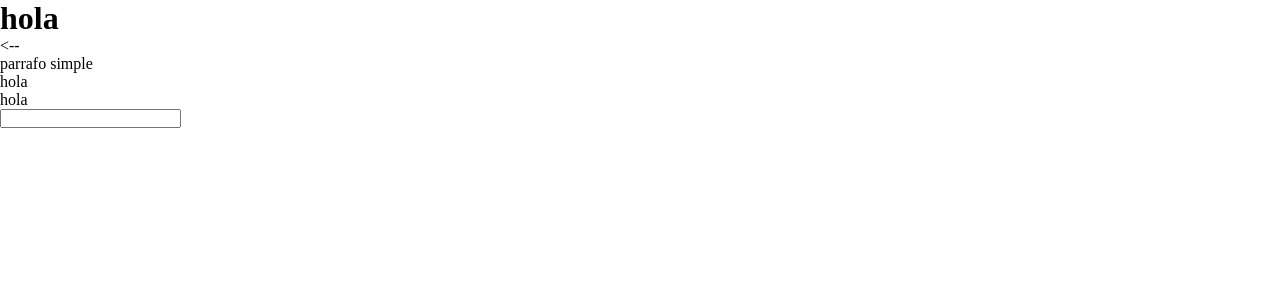
Repository: santig20/nuevo-curso-practico-de-js-platzi
Page: index.html
These files come from the project's save history. The page is drawn as it stood at one moment and after the next save; the edit follows.
The browser window is 1280 px wide. The pictures show the whole page.

Above is the page before, as saved 2022-07-25 09:44:45.

### index.html
<!DOCTYPE html>
<html lang="en">
<head>
    <meta charset="UTF-8">
    <meta http-equiv="X-UA-Compatible" content="IE=edge">
    <link rel="stylesheet" href="style.css">
    <meta name="viewport" content="width=device-width, initial-scale=1.0">
    <title>Document</title>
</head>
<body>
    <h1>hola</h1>

<--<p class="p">parrafo simple</p>

<p class="parrafo">hola</p>
<p id="parrafo">hola</p>
<input type="text">



<script src="main.js"></script>
</body>
</html>

### style.css
*{
    margin:0 ;
    padding: 0;
    box-sizing: border-box;
}

### main.js
/*   clase de la 9 a la 11
const h1 = document.querySelector("h1")
const p= document.getElementsByClassName("p")
const parrafo = document.querySelector(".parrafo")
const parrafo1 = document.querySelector("#parrafo")
const input = document.querySelector("input")

console.log ({
    h1,
    p,
    parrafo,
    parrafo1,
    input
})
//cambiamos el texto del h1
h1.innerText = "curso practico de js"
//añadimos una clase al h1
h1.classList.add ("rojo");
// removemos la clase al h1
h1.classList.remove ("rojo")
//cambiamos el value del input
input.value = "hola";
//sintaxis parea nuevas etiquetas de html
document.createElement ("p");
//ejemplo
//creamos una nueva variable , que guarde la etiqueta de html que queremos qgregar
const img =document.createElement("img") ;
//seteamos los atributos de la etiqueta  img, en este caso el src y le pasamos la url de la imagen
img.setAttribute("src", "https://yt3.ggpht.com/yti/APfAmoFOJFykSOBURXOaTO64JSG3MPMo8OtQL_gfS7t-AQ=s88-c-k-c0x00ffffff-no-rj-mo")
//utilizamos la propieadad appenchild para agregar la etiqueta  de img , en este caso deajo del p que seleccionamos
parrafo1.appendChild(img);
*/

// clase 12

After the next save:
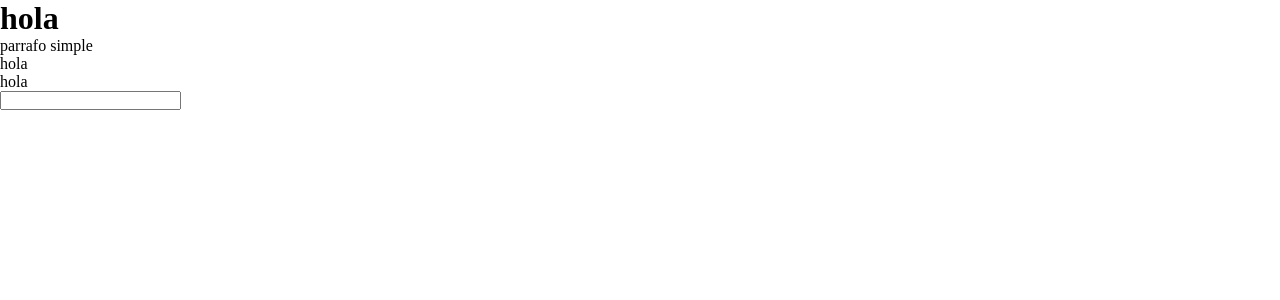
Saved 7 s later.
--- a/index.html
+++ b/index.html
@@ -10,7 +10,7 @@
 <body>
     <h1>hola</h1>
 
-<--<p class="p">parrafo simple</p>
+<!-<p class="p">parrafo simple</p>
 
 <p class="parrafo">hola</p>
 <p id="parrafo">hola</p>
